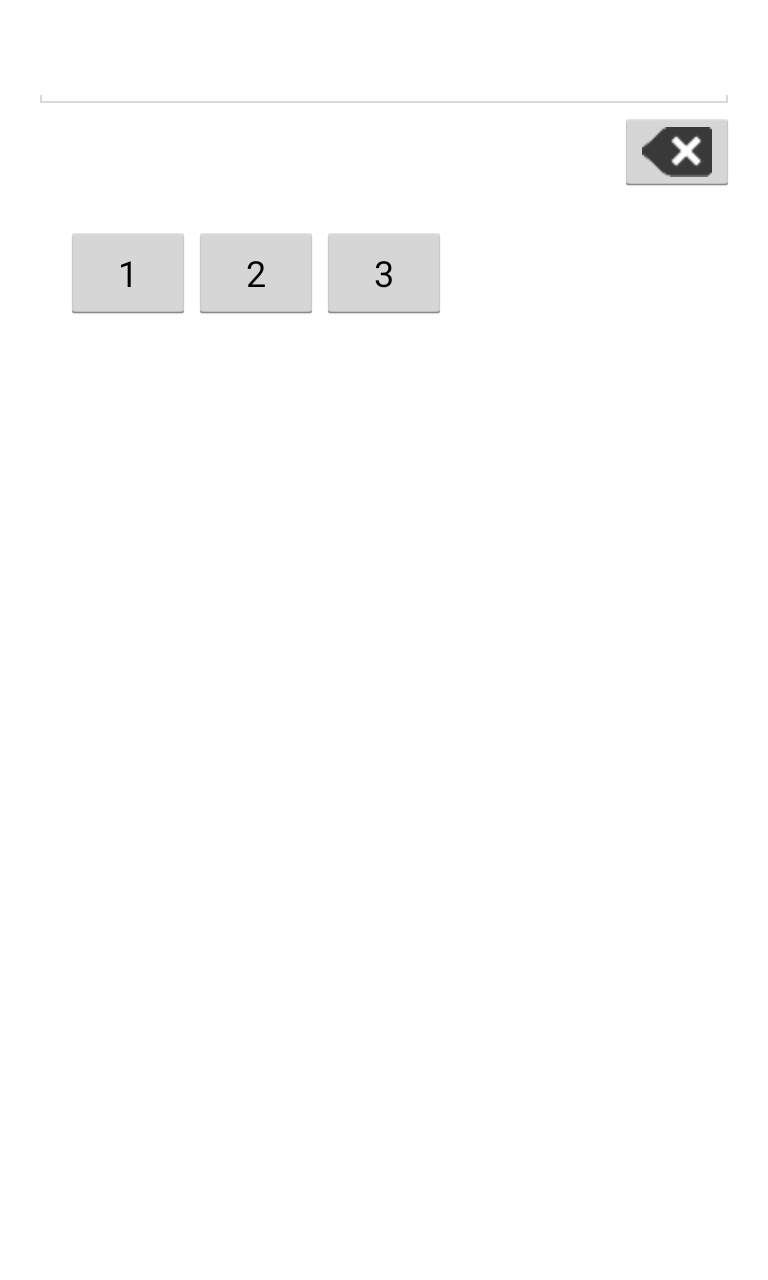
Repository: andreeastoican/Laborator03
Layout: PhoneDialer/res/layout/activity_phone_dialer.xml
An editor plug-in stored every save of this project. The layout is shown before and after the next save, followed by the edit.
It is drawn on a 768 x 1280 px phone screen (xhdpi) without system bars, with theme AppTheme; the app's code is not run.

Above is the layout before, as saved 2015-03-10 09:30:14.

### PhoneDialer/res/layout/activity_phone_dialer.xml
<RelativeLayout xmlns:android="http://schemas.android.com/apk/res/android"
    xmlns:tools="http://schemas.android.com/tools"
    android:layout_width="match_parent"
    android:layout_height="match_parent"
    android:paddingBottom="@dimen/activity_vertical_margin"
    android:paddingLeft="@dimen/activity_horizontal_margin"
    android:paddingRight="@dimen/activity_horizontal_margin"
    android:paddingTop="@dimen/activity_vertical_margin"
    tools:context="ro.pub.cs.systems.pdsd.lab03.phonedialer.PhoneDialerActivity" >

    <EditText
        android:id="@+id/id_edit_text"
		android:layout_width="fill_parent"
	    android:layout_height="wrap_content"
	    android:ems="10"
	    android:inputType="text"
	    android:enabled="false"
        />

    <ImageButton
        android:id="@+id/id_img_button"
        android:layout_width="wrap_content"
        android:layout_height="wrap_content"
        android:src="@drawable/backspace"
        android:layout_below="@id/id_edit_text"
        android:layout_alignParentRight="true"
    	/>

	<LinearLayout
	  android:layout_below="@id/id_img_button"
	  android:layout_width="match_parent"
	  android:layout_height="match_parent"
	  android:paddingBottom="@dimen/activity_vertical_margin"
	  android:paddingLeft="@dimen/activity_horizontal_margin"
	  android:paddingRight="@dimen/activity_horizontal_margin"
	  android:paddingTop="@dimen/activity_vertical_margin"
	  android:orientation="horizontal">

		<Button
		    android:id="@+id/id1"
		    android:layout_width="wrap_content"
	        android:layout_height="wrap_content"
	        android:text="1"
		    />
		<Button
		    android:id="@+id/id12"
		    android:layout_width="wrap_content"
	        android:layout_height="wrap_content"
	        android:text="2"
		    />
		<Button
		    android:id="@+id/id3"
		    android:layout_width="wrap_content"
	        android:layout_height="wrap_content"
	        android:text="3"
		    />

	</LinearLayout>    "

</RelativeLayout>

Loaded but not shown: PhoneDialer/res/values/styles.xml (common file); PhoneDialer/res/values-v11/styles.xml (common file); PhoneDialer/res/values-v14/styles.xml (common file); PhoneDialer/res/values/dimens.xml (common file); PhoneDialer/res/values-w820dp/dimens.xml (common file)

After the next save:
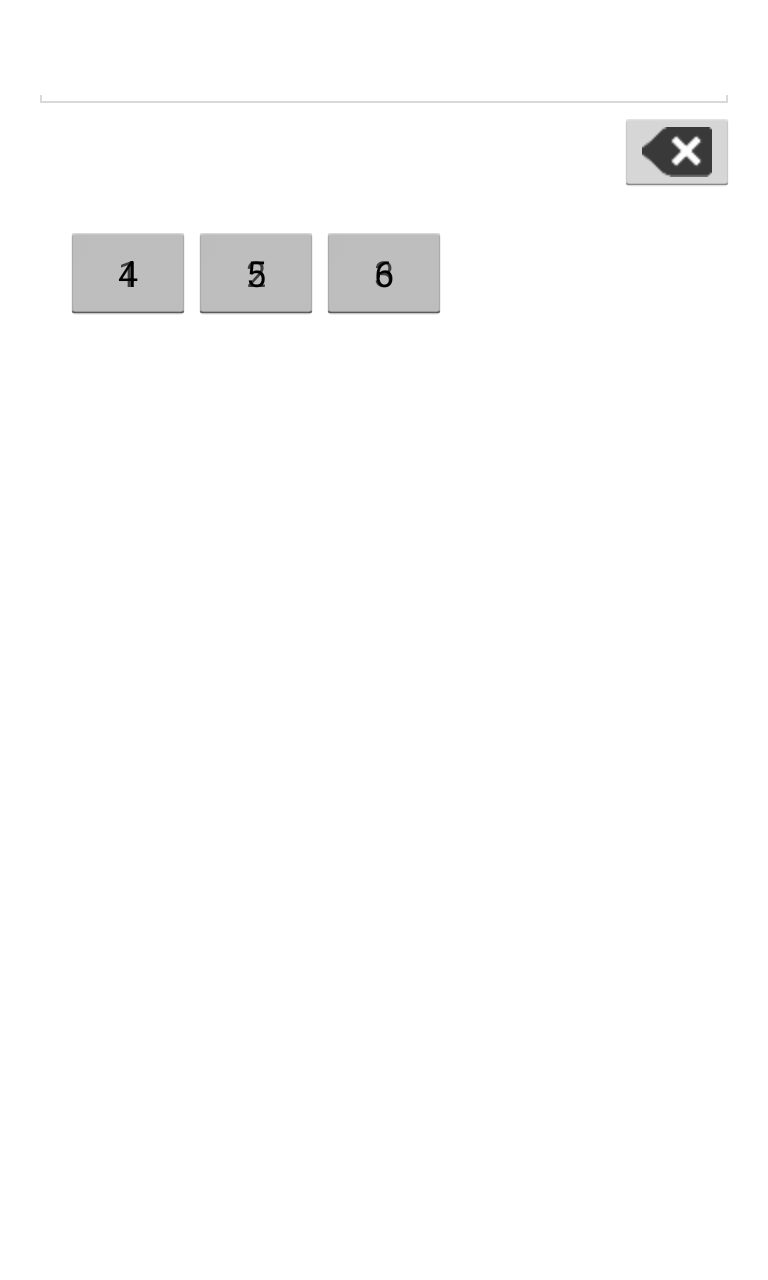
Saved 45 s later.
--- a/PhoneDialer/res/layout/activity_phone_dialer.xml
+++ b/PhoneDialer/res/layout/activity_phone_dialer.xml
@@ -43,7 +43,7 @@
 	        android:text="1"
 		    />
 		<Button
-		    android:id="@+id/id12"
+		    android:id="@+id/id2"
 		    android:layout_width="wrap_content"
 	        android:layout_height="wrap_content"
 	        android:text="2"
@@ -55,6 +55,37 @@
 	        android:text="3"
 		    />
 
-	</LinearLayout>    "
+	</LinearLayout>
+
+	<LinearLayout
+	  android:layout_below="@id/id_img_button"
+	  android:layout_width="match_parent"
+	  android:layout_height="match_parent"
+	  android:paddingBottom="@dimen/activity_vertical_margin"
+	  android:paddingLeft="@dimen/activity_horizontal_margin"
+	  android:paddingRight="@dimen/activity_horizontal_margin"
+	  android:paddingTop="@dimen/activity_vertical_margin"
+	  android:orientation="horizontal">
+
+		<Button
+		    android:id="@+id/id4"
+		    android:layout_width="wrap_content"
+	        android:layout_height="wrap_content"
+	        android:text="4"
+		    />
+		<Button
+		    android:id="@+id/id5"
+		    android:layout_width="wrap_content"
+	        android:layout_height="wrap_content"
+	        android:text="5"
+		    />
+		<Button
+		    android:id="@+id/id6"
+		    android:layout_width="wrap_content"
+	        android:layout_height="wrap_content"
+	        android:text="6"
+		    />
+
+	</LinearLayout>  "
 
 </RelativeLayout>

After the save that followed:
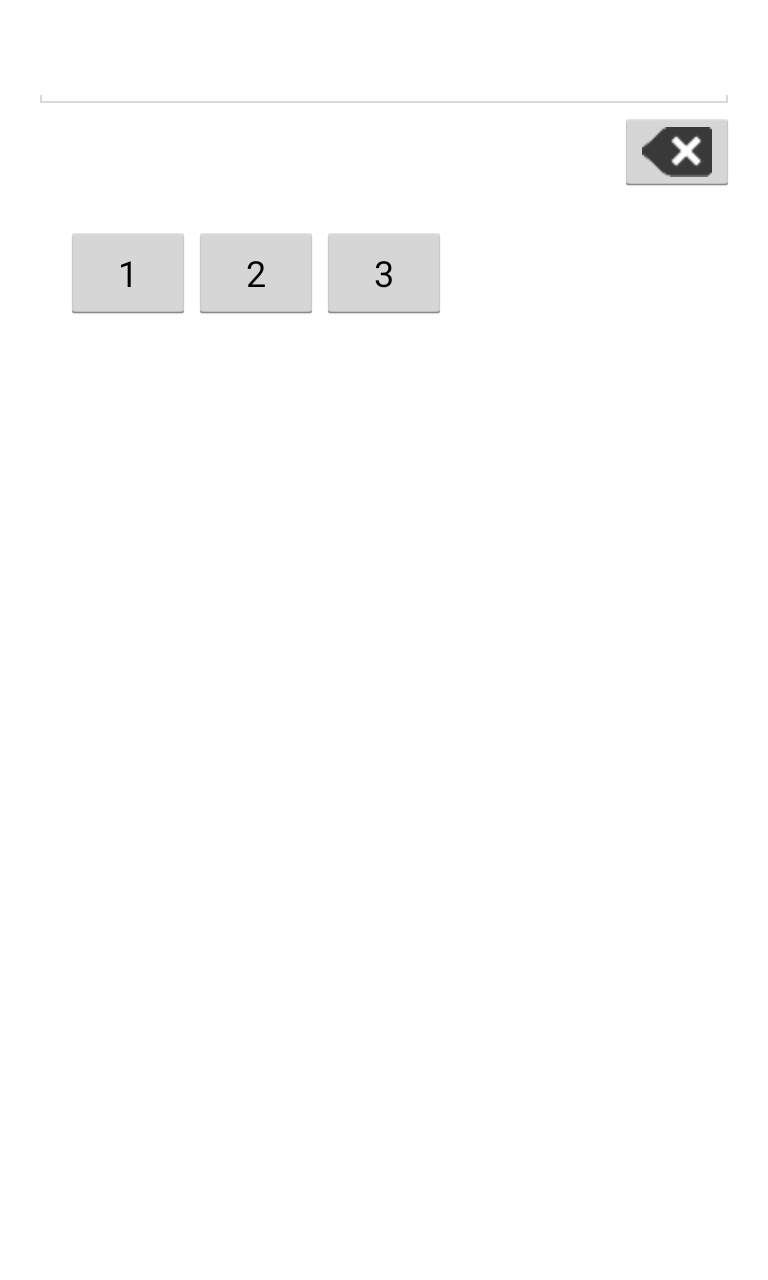
Saved 42 s later.
--- a/PhoneDialer/res/layout/activity_phone_dialer.xml
+++ b/PhoneDialer/res/layout/activity_phone_dialer.xml
@@ -27,38 +27,39 @@
     	/>
 
 	<LinearLayout
-	  android:layout_below="@id/id_img_button"
-	  android:layout_width="match_parent"
-	  android:layout_height="match_parent"
-	  android:paddingBottom="@dimen/activity_vertical_margin"
-	  android:paddingLeft="@dimen/activity_horizontal_margin"
-	  android:paddingRight="@dimen/activity_horizontal_margin"
-	  android:paddingTop="@dimen/activity_vertical_margin"
-	  android:orientation="horizontal">
+	      android:id="@+id/layout1"
+		  android:layout_below="@id/id_img_button"
+		  android:layout_width="match_parent"
+		  android:layout_height="match_parent"
+		  android:paddingBottom="@dimen/activity_vertical_margin"
+		  android:paddingLeft="@dimen/activity_horizontal_margin"
+		  android:paddingRight="@dimen/activity_horizontal_margin"
+		  android:paddingTop="@dimen/activity_vertical_margin"
+		  android:orientation="horizontal">
 
-		<Button
-		    android:id="@+id/id1"
-		    android:layout_width="wrap_content"
-	        android:layout_height="wrap_content"
-	        android:text="1"
-		    />
-		<Button
-		    android:id="@+id/id2"
-		    android:layout_width="wrap_content"
-	        android:layout_height="wrap_content"
-	        android:text="2"
-		    />
-		<Button
-		    android:id="@+id/id3"
-		    android:layout_width="wrap_content"
-	        android:layout_height="wrap_content"
-	        android:text="3"
-		    />
+			<Button
+			    android:id="@+id/id1"
+			    android:layout_width="wrap_content"
+		        android:layout_height="wrap_content"
+		        android:text="1"
+			    />
+			<Button
+			    android:id="@+id/id2"
+			    android:layout_width="wrap_content"
+		        android:layout_height="wrap_content"
+		        android:text="2"
+			    />
+			<Button
+			    android:id="@+id/id3"
+			    android:layout_width="wrap_content"
+		        android:layout_height="wrap_content"
+		        android:text="3"
+			    />
 
 	</LinearLayout>
 
 	<LinearLayout
-	  android:layout_below="@id/id_img_button"
+	  android:layout_below="@id/layout1"
 	  android:layout_width="match_parent"
 	  android:layout_height="match_parent"
 	  android:paddingBottom="@dimen/activity_vertical_margin"
